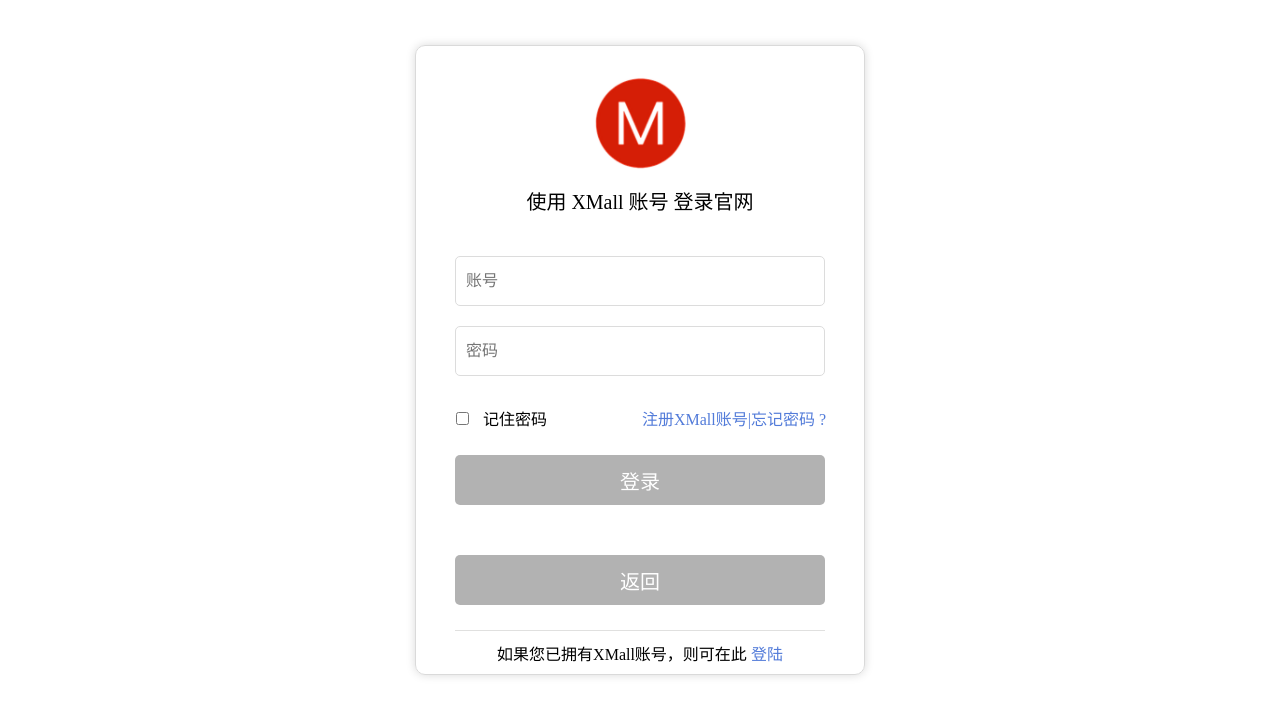
Repository: dingqihui1997/xmall-demo
Page: /signin
An editor plug-in stored every save of this project. The page is shown before and after the next save, followed by the edit.
The browser window is 1280 px wide. The pictures show the whole page.
The project was rebuilt for these pictures with package versions that can differ from the ones it lists, and the page was loaded fresh each time. Also part of the build but not shown: vue.config.js, src/views/Home.vue.

Above is the page before, as saved 2021-06-29 17:49:55.

After the next save:
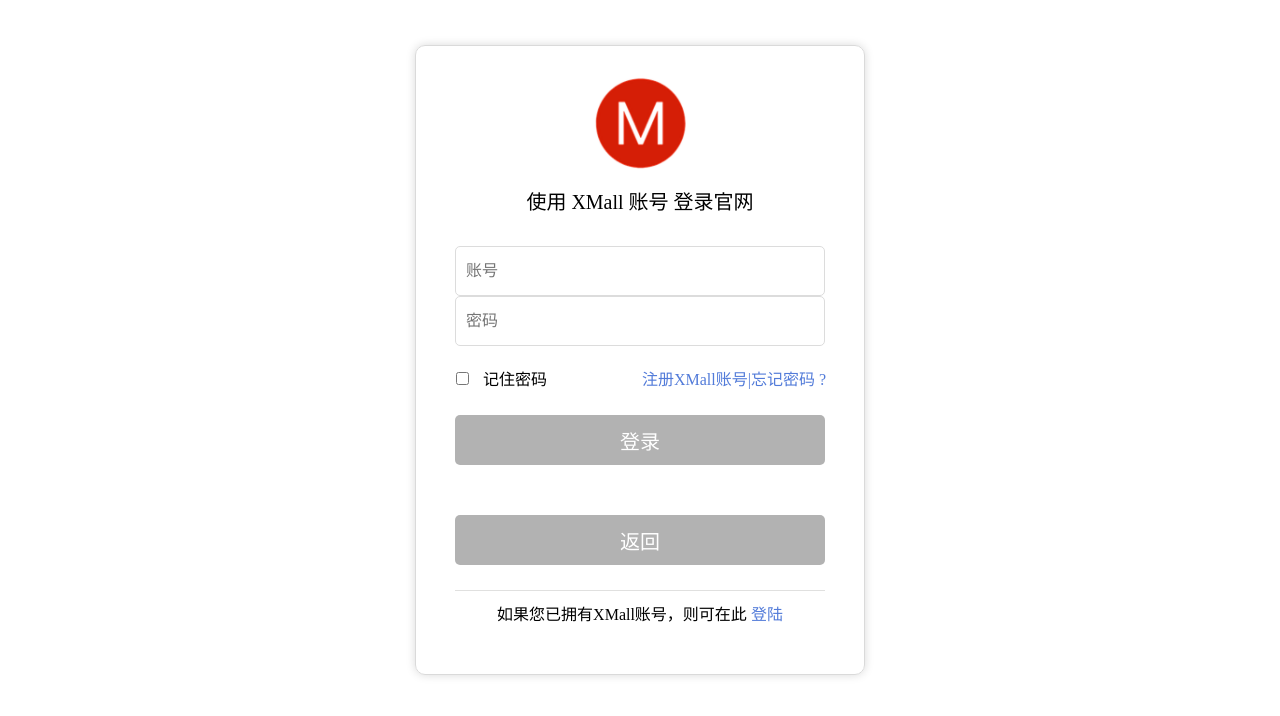
Saved 45 s later.
--- a/src/components/signin/Signin.vue
+++ b/src/components/signin/Signin.vue
@@ -160,8 +160,8 @@
 }
 
 .name {
-  margin-top: 10px;
-  margin-bottom: 10px;
+  //   margin-top: 10px;
+  //   margin-bottom: 10px;
   text-align: center;
 }
 .choice {
